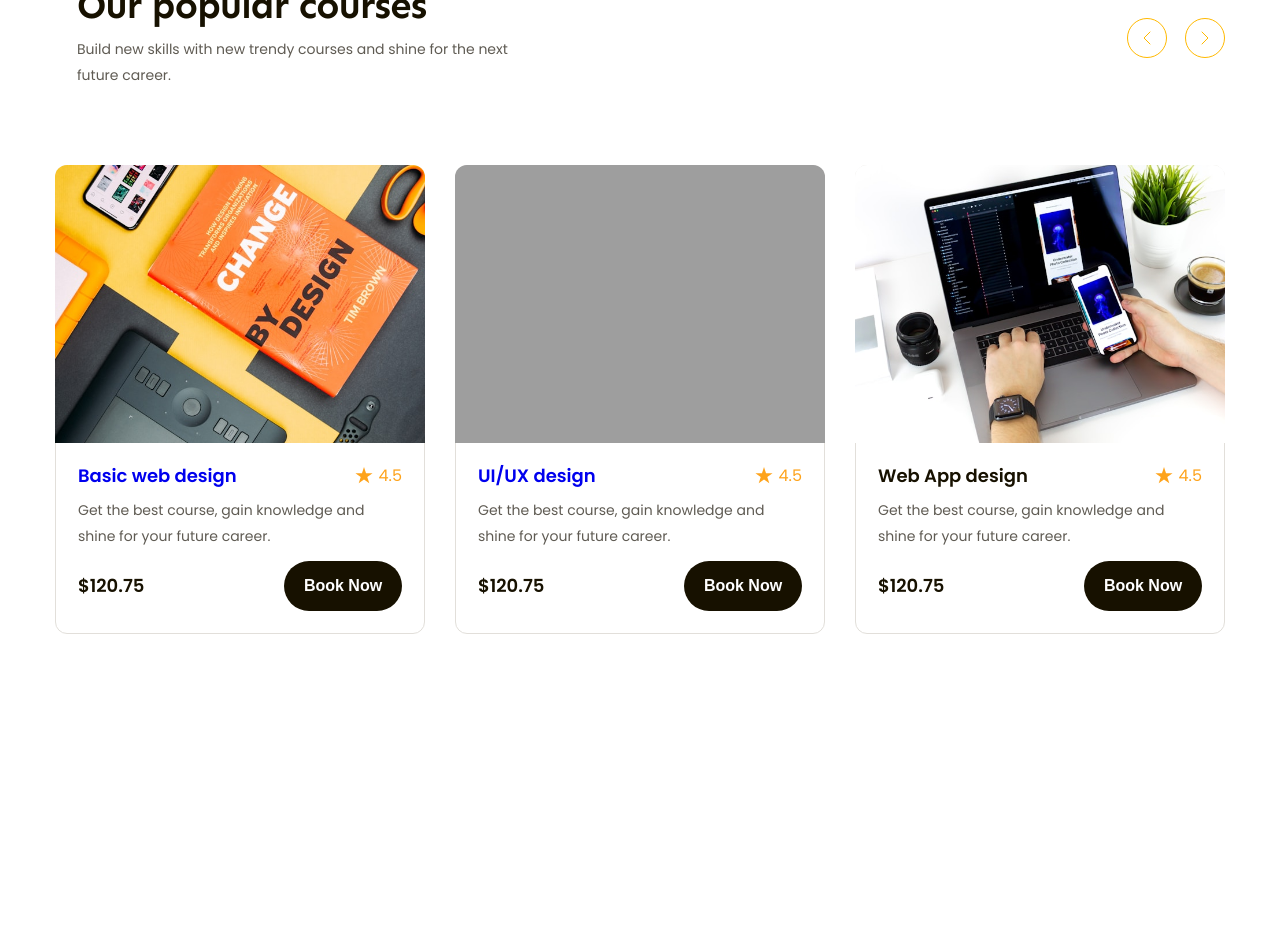
Repository: vancong171001/f8-html-css-02
Page: index.html
An editor plug-in stored every save of this project. The page is shown before and after a run of saves, followed by the edit.
The browser window is 1280 px wide. The pictures show the part of the page from y = 1134 to 2086 px (the page is 5000 px tall).
Pictures or frames that could not be fetched are drawn as grey boxes. A picture or video elsewhere on the page could not be fetched, so the positions and the page height are approximate.

Above is the page before, as saved 2025-03-11 14:42:26.

### index.html
<!DOCTYPE html>
<html lang="en">
  <head>
    <meta charset="UTF-8" />
    <meta name="viewport" content="width=device-width, initial-scale=1.0" />
    <title>F8 Project 02</title>
    <!-- Reset CSS -->
    <link rel="stylesheet" href="./assets/css/reset.css" />

    <!-- Embed fonts -->
    <link rel="preconnect" href="https://fonts.googleapis.com" />
    <link rel="preconnect" href="https://fonts.gstatic.com" crossorigin />
    <link
      href="https://fonts.googleapis.com/css2?family=Poppins:ital,wght@0,400;0,500;0,600;0,700;1,400&family=Sen:wght@700&display=swap"
      rel="stylesheet"
    />

    <!-- Style CSS -->
    <link rel="stylesheet" href="assets/css/style.css" />
  </head>
  <body>
    <main style="height: 5000px">
      <!-- Header -->
      <header class="header fixed">
        <div class="main-content">
          <div class="body">
            <!-- Logo -->
            <img src="./assets/img/logo.svg" alt="Lesson" class="logo" />

            <!-- Nav -->
            <nav class="nav">
              <ul>
                <li class="active">
                  <a href="#!">Home</a>
                </li>
                <li>
                  <a href="#!">Courses</a>
                </li>
                <li>
                  <a href="#!">Pricing</a>
                </li>
                <li>
                  <a href="#!">Reviews</a>
                </li>
              </ul>
            </nav>

            <!-- Action -->
            <div class="action">
              <a href="#!" class="btn sign-up-btn">Sign Up</a>
            </div>
          </div>
        </div>
      </header>

      <!-- Hero -->
      <div class="hero">
        <div class="main-content">
          <div class="body">
            <!-- Hero left -->
            <div class="media-block">
              <img
                src="https://images.unsplash.com/photo-1740734940319-7208196590b7?w=600&auto=format&fit=crop&q=60&ixlib=rb-4.0.3&ixid=M3wxMjA3fDB8MHxmZWF0dXJlZC1waG90b3MtZmVlZHwxNHx8fGVufDB8fHx8fA%3D%3D"
                alt="Learn without limits and spread knowledge."
                class="img"
              />

              <div class="hero-summary">
                <div class="item">
                  <div class="icon">
                    <img src="./assets/icon/list.svg" alt="" />
                  </div>
                  <div class="info">
                    <p class="lable">20 Courses</p>
                    <p class="title">UI/UX Design</p>
                  </div>
                </div>
                <div class="item">
                  <div class="icon">
                    <img src="./assets/icon/code.svg" alt="" />
                  </div>
                  <div class="info">
                    <p class="lable">20 Courses</p>
                    <p class="title">Development</p>
                  </div>
                </div>
                <div class="item">
                  <div class="icon">
                    <img src="./assets/icon/speaker.svg" alt="" />
                  </div>
                  <div class="info">
                    <p class="lable">30 Courses</p>
                    <p class="title">Marketing</p>
                  </div>
                </div>
              </div>
            </div>

            <!-- Hero right -->
            <div class="content-block">
              <h1 class="heading lv1">
                Learn without limits and spread knowledge.
              </h1>
              <p class="desc">
                Build new skills for that “this is my year” feeling with
                courses, certificates, and degrees from world-class universities
                and companies.
              </p>
              <div class="cta-group">
                <a href="#!" class="btn hero-cta">See Courses</a>
                <button class="watch-video">
                  <div class="icon">
                    <img src="./assets/icon/play.svg" alt="" />
                  </div>
                  <span>Watch Video</span>
                </button>
              </div>
              <p class="desc">Recent engagement</p>
              <p class="desc stats">
                <strong>50K</strong> Students <strong>70+</strong> Courses
              </p>
            </div>
          </div>
        </div>
      </div>

      <!-- Popular -->
      <div class="popular">
        <div class="main-content">
          <div class="popular-top">
            <div class="info">
              <h2 class="heading lv2">Our popular courses</h2>
              <p class="desc">
                Build new skills with new trendy courses and shine for the next
                future career.
              </p>
            </div>
            <div class="controls">
              <button class="control-btn">
                <svg
                  width="8"
                  height="14"
                  viewBox="0 0 8 14"
                  fill="none"
                  xmlns="http://www.w3.org/2000/svg"
                >
                  <path
                    d="M7 1L1 7L7 13"
                    stroke="currentColor"
                    stroke-linecap="round"
                    stroke-linejoin="round"
                  />
                </svg>
              </button>
              <button class="control-btn">
                <svg
                  width="8"
                  height="14"
                  viewBox="0 0 8 14"
                  fill="none"
                  xmlns="http://www.w3.org/2000/svg"
                >
                  <path
                    d="M1 1L7 7L1 13"
                    stroke="currentColor"
                    stroke-linecap="round"
                    stroke-linejoin="round"
                  />
                </svg>
              </button>
            </div>
          </div>

          <div class="course-list">
            <!-- Course Item 1 -->
            <div class="course-item">
              <a href="#!">
                <img
                  src="./assets/img/course-1.jpg"
                  alt="Basic web design"
                  class="thumb"
                />
              </a>
              <div class="info">
                <div class="head">
                  <h3 class="title"><a href="#!">Basic web design</a></h3>
                  <div class="rating">
                    <img src="./assets/icon/star.svg" alt="Star" class="star" />
                    <span class="value">4.5</span>
                  </div>
                </div>
                <p class="desc">
                  Get the best course, gain knowledge and shine for your future
                  career.
                </p>
                <div class="foot">
                  <span class="price">$120.75</span>
                  <button class="btn boot-btn">Book Now</button>
                </div>
              </div>
            </div>
            <!-- Course Item 2 -->
            <div class="course-item">
              <a href="#!">
                <img
                  src="./assets/img/course-2.jpg"
                  alt="UI/UX design"
                  class="thumb"
                />
              </a>
              <div class="info">
                <div class="head">
                  <h3 class="title"><a href="#!">UI/UX design</a></h3>
                  <div class="rating">
                    <img src="./assets/icon/star.svg" alt="Star" class="star" />
                    <span class="value">4.5</span>
                  </div>
                </div>
                <p class="desc">
                  Get the best course, gain knowledge and shine for your future
                  career.
                </p>
                <div class="foot">
                  <span class="price">$120.75</span>
                  <button class="btn boot-btn">Book Now</button>
                </div>
              </div>
            </div>
            <!-- Course Item 3 -->
            <div class="course-item">
              <a href="#!">
                <img
                  src="./assets/img/course-3.jpg"
                  alt="Web App design"
                  class="thumb"
                />
              </a>
              <div class="info">
                <div class="head">
                  <h3 class="title">Web App design</h3>
                  <div class="rating">
                    <img src="./assets/icon/star.svg" alt="Star" class="star" />
                    <span class="value">4.5</span>
                  </div>
                </div>
                <p class="desc">
                  Get the best course, gain knowledge and shine for your future
                  career.
                </p>
                <div class="foot">
                  <span class="price">$120.75</span>
                  <button class="btn boot-btn">Book Now</button>
                </div>
              </div>
            </div>
          </div>
        </div>
      </div>
    </main>
  </body>
</html>

### assets/css/style.css
* {
  box-sizing: border-box;
}

:root {
  --primary-color: #ffb900;
  --font-heading: Sen, san-serif;
}

html {
  font-size: 62.5%;
}

body {
  font-size: 1.6rem;
  font-family: "Poppins", sans-serif;
}

/* ========== Common ========= */
a {
  text-decoration: none;
}

.btn {
  display: inline-block;
  min-width: 118px;
  padding: 0 16px;
  line-height: 50px;
  color: #fff;
  text-align: center;
  font-size: 1.6rem;
  font-weight: 600;
  border-radius: 999px;
  background: #171100;
}

.btn:hover {
  opacity: 0.9;
  cursor: pointer;
}

.heading {
  color: #171100;
  font-family: var(--font-heading);
  font-weight: 700;
  letter-spacing: -0.02em;
}

.heading.lv1 {
  font-size: 5.8rem;
  line-height: 1.17; /* 117.241% */
}

.heading.lv2 {
  font-size: 3.8rem;
  line-height: 1.26; /* 126.316% */
}

.main-content {
  width: 1170px;
  max-width: calc(100% - 48px);
  margin-left: auto;
  margin-right: auto;
}

/* ========== Header ========= */
.header {
  background: #fffcf4;
}

.header.fixed {
  position: sticky;
  top: -28px;
  z-index: 1;
}

.header .body {
  display: flex;
  align-items: center;
  padding: 36px 0 8px;
}

.nav {
  margin-left: auto;
}

.nav ul {
  display: flex;
}

.nav a {
  position: relative;
  padding: 8px 21px;
  color: #5f5b53;
  font-size: 1.6rem;
}

.nav a:hover,
.nav li.active a {
  /* font-weight: 600; */
  text-shadow: 1px 0 0 currentColor;
  color: #171100;
}

.nav li.active a::after {
  content: "";
  position: absolute;
  left: 21px;
  bottom: 6px;
  display: block;
  width: 12px;
  height: 2px;
  border-radius: 1px;
  background: #171100;
}

.header .sign-up-btn {
  min-width: 144px;
}

.header .action {
  margin-left: 49px;
}

/* ========== Hero ========= */
.hero {
  padding: 56px 0 65px;
  background: #fffcf4;
}

.hero .body {
  display: flex;
}

/* Hero Left */
.hero .media-block {
  position: relative;
  width: 48%;
}

.hero .media-block .img {
  width: 470px;
  height: 685px;
  object-fit: cover;
  border-radius: 20px;
  display: block;
}

.hero-summary {
  position: absolute;
  right: 0;
  bottom: 48px;
  width: 270px;
  padding: 24px;
  border-radius: 12px;
  background: #fff;
  box-shadow: 0px 16px 32px 0px rgba(0, 0, 0, 0.05);
}

.hero-summary .item {
  display: flex;
  align-items: center;
}

.hero-summary .item + .item {
  margin-top: 22px;
}

.hero-summary .icon {
  width: 48px;
  height: 48px;
  border-radius: 50%;
  display: flex;
  justify-content: center;
  align-items: center;
  background: #fff9e8;
}

.hero-summary .item:nth-of-type(2) .icon {
  background: #fcefff;
}
.hero-summary .item:last-child .icon {
  background: #ebeaff;
}

.hero-summary .info {
  margin-left: 16px;
}

.hero-summary .lable {
  color: #5f5b53;
  font-size: 1.4rem;
  line-height: 1.86; /* 185.714% */
}

.hero-summary .title {
  color: #171100;
  font-size: 1.8rem;
  font-weight: 600;
  line-height: 1.67; /* 166.667% */
}

/* Hero Right */
.hero .content-block {
  width: 52%;
  padding: 64px 0 0 130px;
}

.hero .desc {
  margin-top: 22px;
  color: #5f5b53;
  font-size: 1.8rem;
  line-height: 1.67; /* 166.667% */
}

.hero .cta-group {
  display: flex;
  align-items: center;
  margin: 38px 0 48px;
}

.hero .hero-cta {
  min-width: 180px;
  line-height: 64px;
  background: var(--primary-color);
  border-radius: 32px;
}

.hero .watch-video {
  display: flex;
  align-items: center;
  border: none;
  background: transparent;
  margin-left: 28px;
  cursor: pointer;
}

.hero .watch-video .icon {
  width: 40px;
  height: 40px;
  border-radius: 50%;
  display: flex;
  justify-content: center;
  align-items: center;
  background: #ffffff;
  box-shadow: 0px 8px 16px rgba(0, 0, 0, 0.07);
}

.hero .watch-video span {
  color: #171100;
  font-size: 1.8rem;
  font-weight: 600;
  line-height: 1.67; /* 166.667% */
  margin-left: 14px;
}

.hero .stats {
  margin: 8px 0 0 -28px;
}

.hero .stats strong {
  color: #171100;
  font-family: var(--font-heading);
  font-size: 4.4rem;
  font-weight: 700;
  line-height: 1.22; /* 122.727% */
  padding: 0 8px 0 28px;
}

/* ========== Hero ========= */
.popular {
  padding: 65px 0;
  margin-top: 135px;
}

.popular-top {
  display: flex;
  justify-content: space-between;
  align-items: center;
}

.popular-top .desc {
  color: #5f5b53;
  font-size: 1.8rem;
  line-height: 1.67; /* 166.667% */
  margin-top: 16px;
  width: 458px;
}

.popular-top .controls {
  display: flex;
  gap: 18px;
}

.popular-top .control-btn {
  background: transparent;
  border: 1px solid var(--primary-color);
  width: 40px;
  height: 40px;
  border-radius: 50%;
  display: flex;
  justify-content: center;
  align-items: center;
  color: var(--primary-color);
}

.popular-top .control-btn:hover {
  background: var(--primary-color);
  color: #fff;
  cursor: pointer;
}

.popular .course-list {
  margin-top: 55px;
  display: flex;
  gap: 30px;
}

.popular .course-item {
  flex: 1;
  border-radius: 12px;
  border: 1px solid #e2dfda;
  background: #fff;
}

.popular .course-item:hover {
  border-color: transparent;
  box-shadow: 0px 18px 36px 0px rgba(0, 0, 0, 0.05);
}

.popular .course-item .thumb {
  width: calc(100% + 2px);
  border-radius: 12px 12px 0px 0px;
  height: 278px;
  object-fit: cover;
  margin: -1px;
}

.popular .info {
  margin: 16px 22px 22px;
}

.popular .course-item .head,
.popular .course-item .rating,
.popular .course-item .foot {
  display: flex;
  justify-content: space-between;
  align-items: center;
}

.popular .course-item .title {
  color: #171100;
  font-size: 1.8rem;
  font-weight: 600;
  line-height: 1.67; /* 166.667% */
}

.popular .rating .value {
  color: #fea31b;
  font-size: 1.6rem;
  margin-left: 6px;
  line-height: 1.75;
}

.popular .desc {
  color: #5f5b53;
  font-size: 1.4rem;
  line-height: 1.86; /* 185.714% */
  margin-top: 6px;
}

.popular .foot {
  margin-top: 12px;
}

.popular .foot .price {
  color: #171100;
  font-size: 1.8rem;
  font-weight: 600;
  line-height: 1.67; /* 166.667% */
}

.popular .foot .boot-btn {
  border: none;
}

.popular .foot .boot-btn:hover {
  background: var(--primary-color);
  color: white;
}

Loaded but not shown: assets/css/reset.css (common file)

After the next 2 saves:
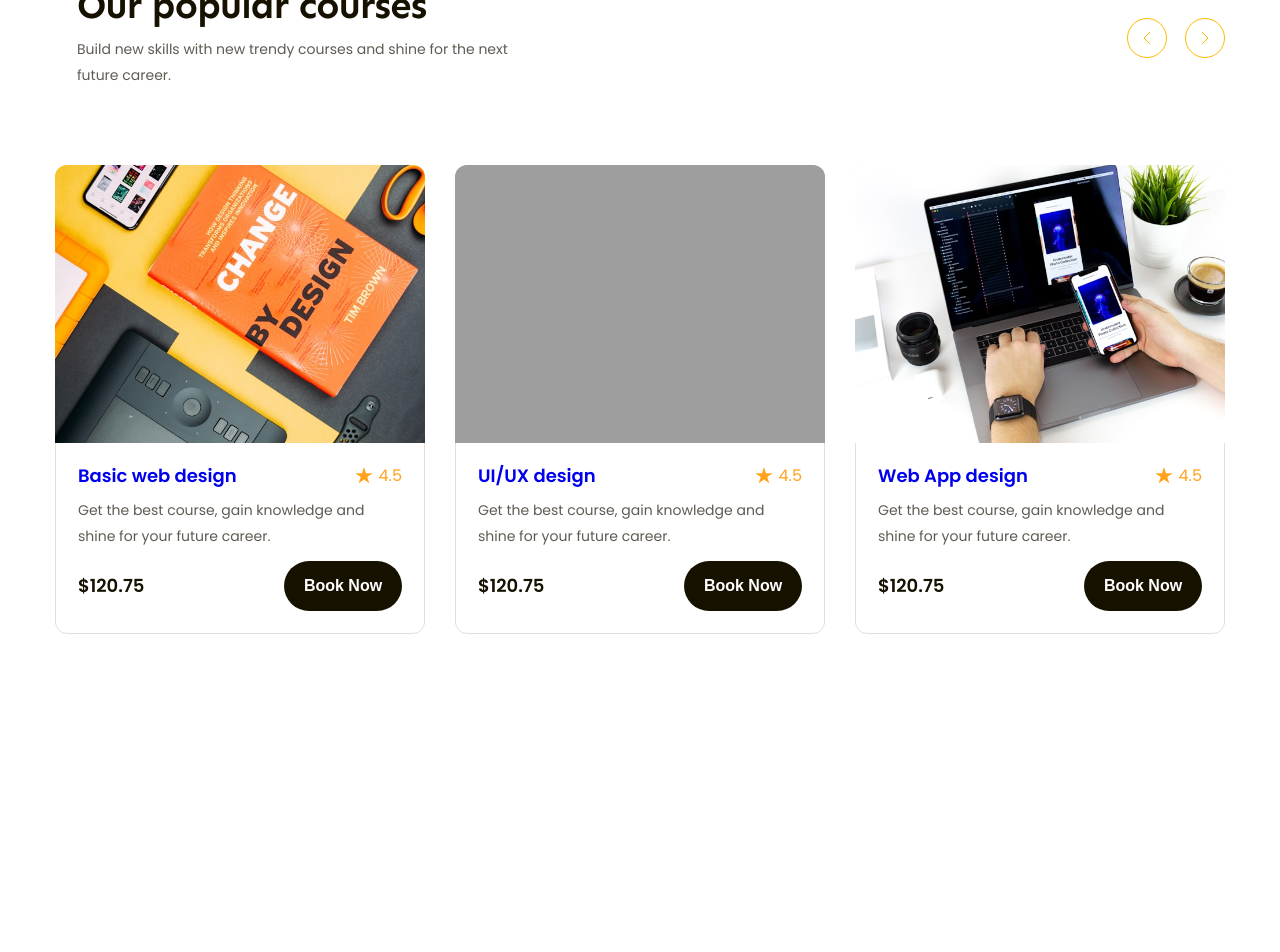
The 2 saves are shown as one change because they came seconds apart.
The last was saved 9 s later.
--- a/index.html
+++ b/index.html
@@ -237,7 +237,7 @@
               </a>
               <div class="info">
                 <div class="head">
-                  <h3 class="title">Web App design</h3>
+                  <h3 class="title"><a href="#!">Web App design</a></h3>
                   <div class="rating">
                     <img src="./assets/icon/star.svg" alt="Star" class="star" />
                     <span class="value">4.5</span>
